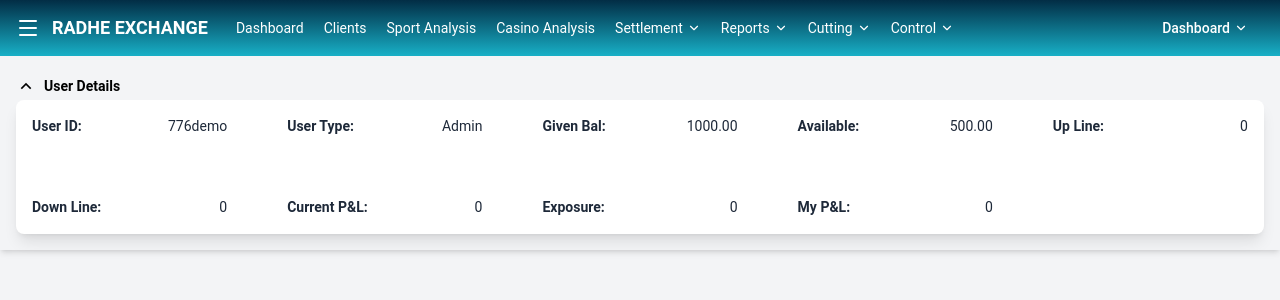
Repository: Habeebur1493/Radhe-Exchange
Page: /dashboard (app in frontend/), after clicking the first element matching `div.cursor-pointer`
An editor plug-in stored every save of this project. The page is shown before and after the next save, followed by the edit.
The browser window is 1280 px wide. The pictures show the whole page.
Some web libraries are served in a nearby version. The project was rebuilt for these pictures with package versions that can differ from the ones it lists, and the page was loaded fresh each time. Also part of the build but not shown: frontend/vite.config.js, frontend/src/components/login.jsx, frontend/src/components/Register.jsx.

Above is the page before, as saved 2025-03-03 18:32:32.

After the next save:
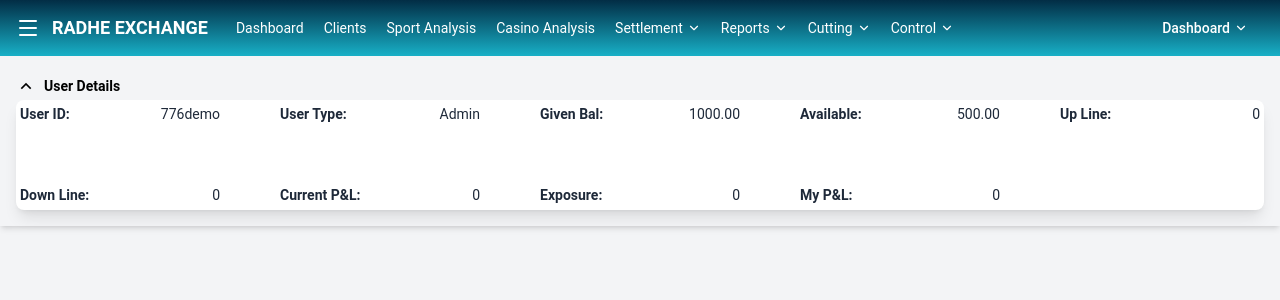
Saved 7 s later.
--- a/frontend/src/components/dashboard.jsx
+++ b/frontend/src/components/dashboard.jsx
@@ -227,7 +227,7 @@ const Dashboard = () => {
 
       {/* Dropdown Content */}
       {isOpen && (
-        <div className=" bg-white p-4 shadow-lg rounded-lg transition-all duration-300">
+        <div className=" bg-white p-1 shadow-lg rounded-lg transition-all duration-300">
           <div className="grid grid-cols-5 gap-15 text-gray-800">
             {[
               { label: "User ID", value: "776demo" },
